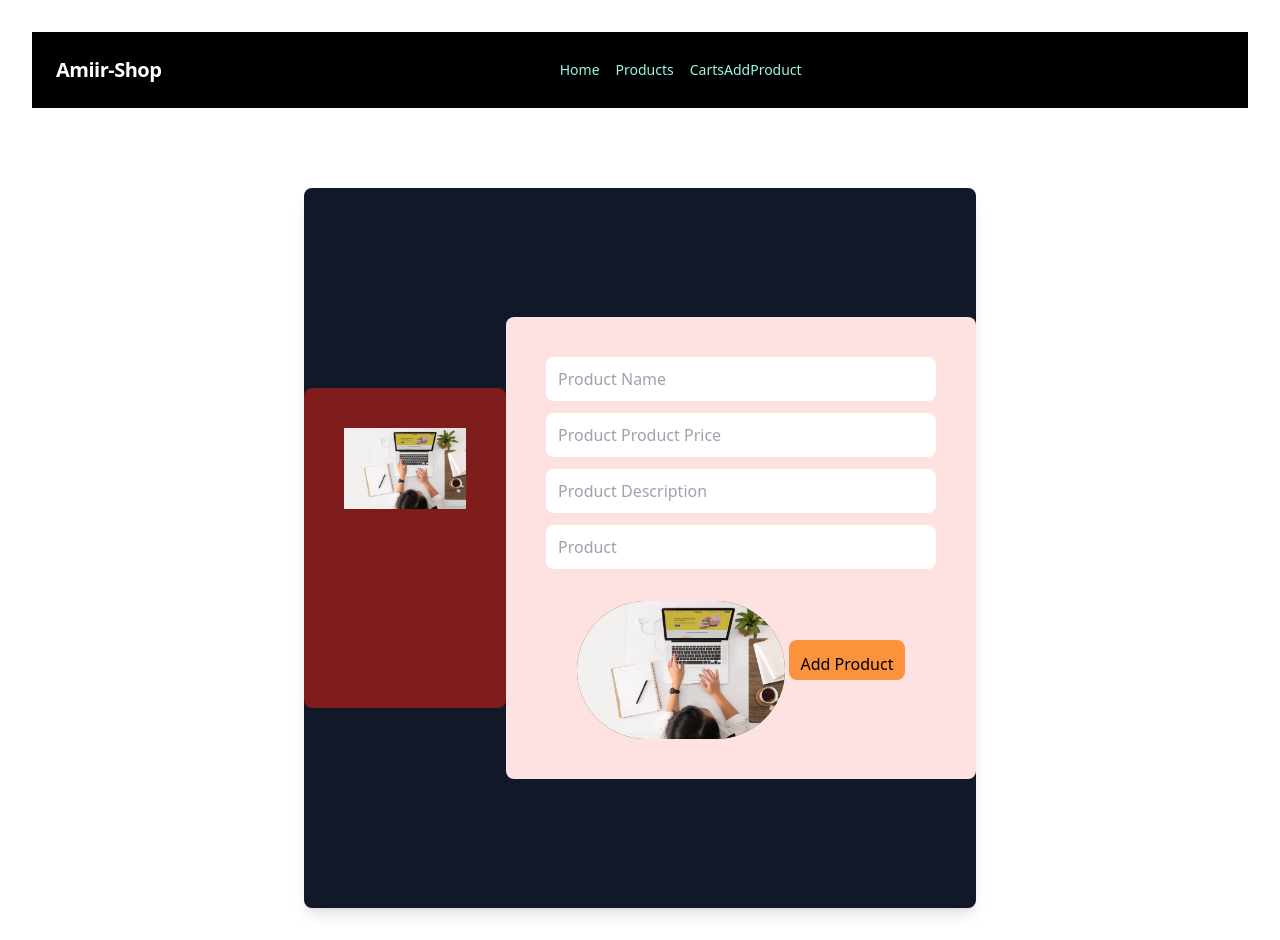
Repository: ENG-AMIIR-MUSE/ECommerce-app-using-react
Page: /addProducts
The author's editor kept a copy of each file at every save. The page is drawn from the files as they stood at one save, then again after the next save.
The browser window is 1280 px wide. The pictures show the whole page.
The page's requests for data from a server got no answer. The project was rebuilt for these pictures with package versions that can differ from the ones it lists, and the page was loaded fresh each time. No one was signed in, and anything a server would have sent is missing. Also part of the build but not shown: vite.config.js, src/Components/productList.js, src/Components/productCard.js.

Above is the page before, as saved 2023-06-24 19:52:07.

### src/main.jsx
import React from 'react'
import ReactDOM from 'react-dom/client'
import App from './App.jsx'
import './index.css'

import { BrowserRouter }  from 'react-router-dom'



ReactDOM.createRoot(document.getElementById('root')).render(
  <React.StrictMode>
    <BrowserRouter>
    <App />
    </BrowserRouter>

  </React.StrictMode>,

)

### src/App.jsx
import { useEffect } from 'react'
import { useState } from 'react'
import axios from 'axios'
import ProductList from './Components/ProductList'
import ProductCard from './Components/ProductCard'

import './App.css'

import {NavBar} from './Components/NavBar'
import {  Routes,Route } from 'react-router-dom'

import AddProduct from './Components/AddProduct'

function App() {
const [products,setProducts] =  useState([])

useEffect(()=>{
  axios.get('https://fakestoreapi.com/products')
  .then((response)=>{
    // console.log(response)
   setProducts(response.data)
  }).catch((er)=>{
    console.log(er.response)
  })

})

  return (
    <>

    {/* {console.log(products)} */}
    <NavBar/>

    {/* <ProductCard/> */}
    <Routes>
    <Route path="/"/>
    <Route path="/products" element={<ProductList products ={products}/>}/>

    <Route path="/products/:id" element={<ProductCard products = {products}/>}/>
  <Route path="/addProducts/" element={<AddProduct/>}/>
  </Routes>
    </>


  )


}

export default App

### src/Components/NavBar.jsx
import React from 'react'
import {Link } from 'react-router-dom'
 export function NavBar() {
  return (
    <>
    <nav className=" items-center justify-between flex-wrap bg-black p-6 mb-20 h-auto p-5">
  <div className="flex items-center flex-shrink-0 text-white mr-6">

    <span className="font-semibold text-xl tracking-tight">Amiir-Shop</span>


  <div className="w-full block flex-grow lg:flex lg:items-center lg:w-auto">
    <div className="text-sm lg:flex-grow">
      <Link to="/" className="block mt-4 lg:inline-block lg:mt-0 text-teal-200 hover:text-white mr-4">
        Home
      </Link>
      <Link to="/products" className="block mt-4 lg:inline-block lg:mt-0 text-teal-200 hover:text-white mr-4">
        Products
      </Link>
      <Link to="/carts" className="block mt-4 lg:inline-block lg:mt-0 text-teal-200 hover:text-white">
        Carts
      </Link>
      <Link to="/addProducts" className="block mt-4 lg:inline-block lg:mt-0 text-teal-200 hover:text-white">
        AddProduct
      </Link>
    </div>

  </div>
  </div>
</nav>
    </>
  )

 }

### src/Components/AddProduct.jsx
import React from "react";
import reactsvg from '../assets/weImage.jpg'
const  AddProduct = ()=>{

    return(

        <div  className="bg-gray-900 mt-0  text-black  min-h-screen flex flex-col lg:flex-row lg:max-w-2xl  max-w-sm mx-auto justify-center items-center  shadow-lg rounded-lg ">
          <div className="w-96 rounded-lg mx-auto  bg-red-900  m-5 h-80 p-10">
           <img src= {reactsvg}  alt="missing-product-image"/>
          </div>
          <div className="mx-auto p-10 m-10 rounded-lg bg-red-100">
          <form className="space-y-3">

           <input type="text"placeholder="Product Name" className="w-full  rounded-lg h-11  pl-3"/>
          <input type="text"placeholder="Product Product Price" className="w-full rounded-lg h-11  pl-3"/>
          <input type="text"placeholder="Product Description" className="w-full rounded-lg h-11  pl-3"/>
           <input type="text" placeholder="Product"className="w-full rounded-lg h-11 pl-3 "/>
           <div className="flex felx-row items-center justify-center space-x-1">
             <img src={reactsvg} alt="" className="rounded-full w-52 mt-5  max-w-md  object-contain bg-yellow-900" />
             <input type="submit" className = "rounded-lg bg-orange-400 p-3 h-10 "value="Add Product"/>
           </div>
          </form>
          </div>
        </div>
    )
}
export default AddProduct;

Loaded but not shown: index.html (common file); src/index.css (common file); src/App.css (common file); tailwind.config.js (common file)

After the next save:
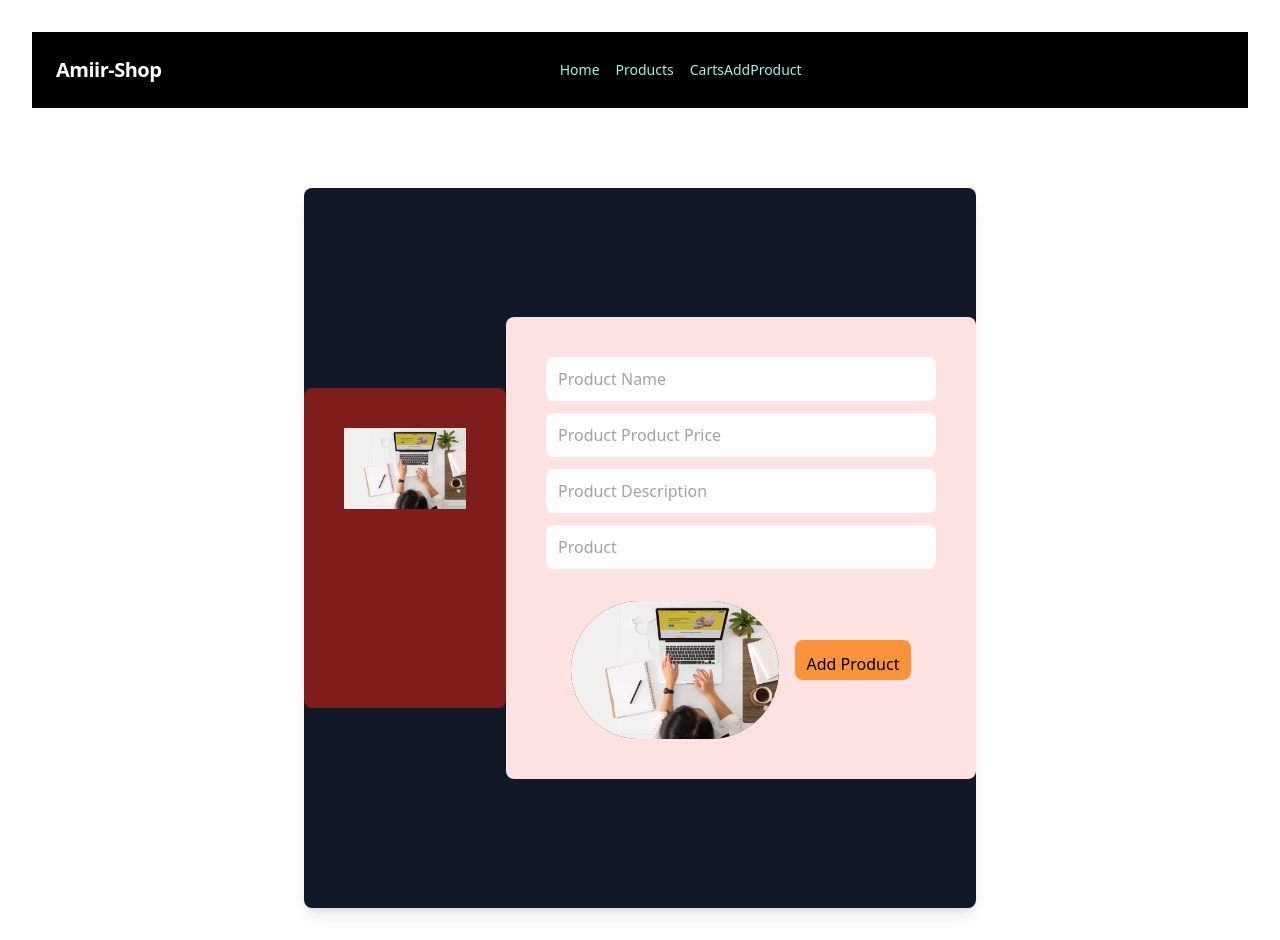
Saved 6 s later.
--- a/src/Components/AddProduct.jsx
+++ b/src/Components/AddProduct.jsx
@@ -15,7 +15,7 @@ const  AddProduct = ()=>{
           <input type="text"placeholder="Product Product Price" className="w-full rounded-lg h-11  pl-3"/>
           <input type="text"placeholder="Product Description" className="w-full rounded-lg h-11  pl-3"/>
            <input type="text" placeholder="Product"className="w-full rounded-lg h-11 pl-3 "/>
-           <div className="flex felx-row items-center justify-center space-x-1">
+           <div className="flex felx-row items-center justify-center space-x-4">
              <img src={reactsvg} alt="" className="rounded-full w-52 mt-5  max-w-md  object-contain bg-yellow-900" />
              <input type="submit" className = "rounded-lg bg-orange-400 p-3 h-10 "value="Add Product"/>
            </div>
